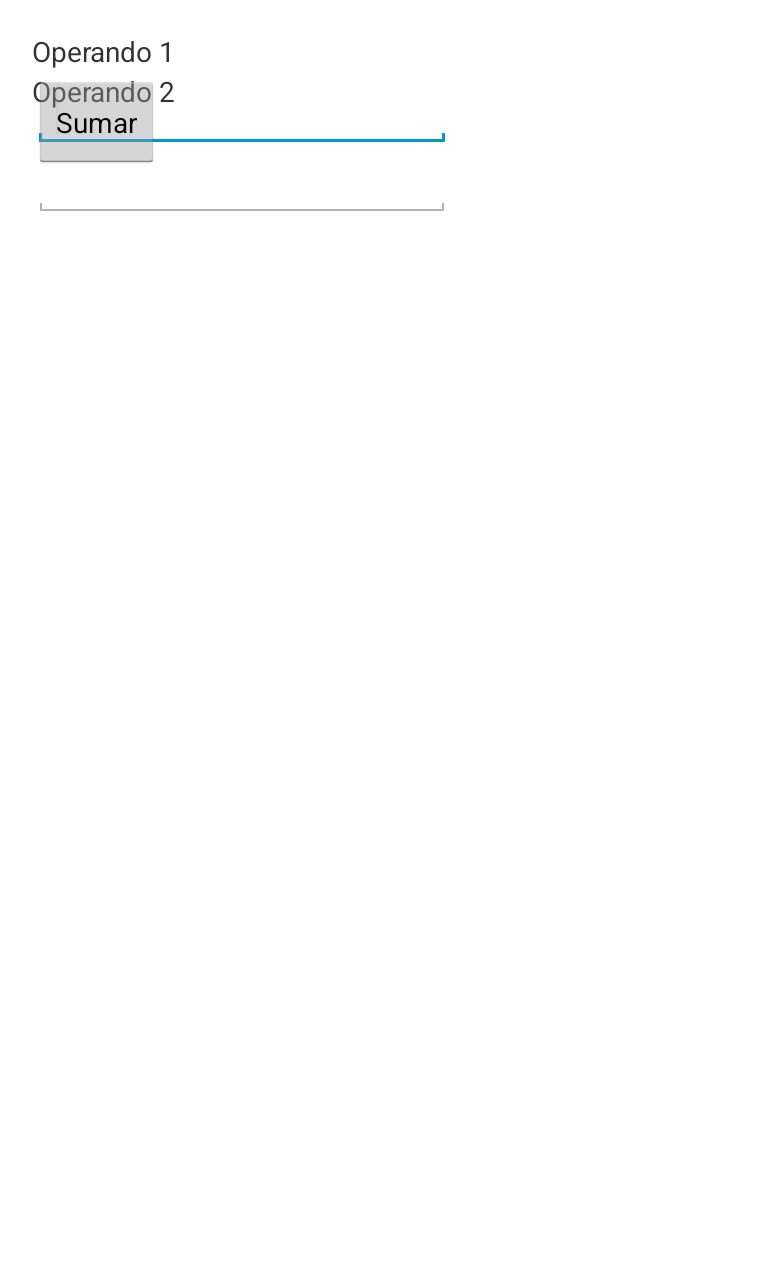
Repository: paullfull21/pmdm
Layout: ResultadoSuma/res/layout/activity_main.xml
The author's editor kept a copy of each file at every save. The layout is drawn from the files as they stood at one save, then again after the next save.
It is drawn on a 768 x 1280 px phone screen (xhdpi) without system bars, with theme AppTheme; the app's code is not run.

Above is the layout before, as saved 2013-10-08 15:54:07.

### ResultadoSuma/res/layout/activity_main.xml
<RelativeLayout xmlns:android="http://schemas.android.com/apk/res/android"
    xmlns:tools="http://schemas.android.com/tools"
    android:layout_width="match_parent"
    android:layout_height="match_parent"
    android:paddingBottom="@dimen/activity_vertical_margin"
    android:paddingLeft="@dimen/activity_horizontal_margin"
    android:paddingRight="@dimen/activity_horizontal_margin"
    android:paddingTop="@dimen/activity_vertical_margin"
    tools:context=".MainActivity" >

    <TextView
        android:id="@+id/textView1"
        android:layout_width="wrap_content"
        android:layout_height="wrap_content"
        android:layout_alignParentLeft="true"
        android:layout_alignParentTop="true"
        android:text="@string/operando_uno" />

    <EditText
        android:id="@+id/operandoUno"
        android:layout_width="wrap_content"
        android:layout_height="wrap_content"
        android:layout_alignParentLeft="true"
        android:layout_below="@+id/textView1"
        android:ems="10"
        android:inputType="numberDecimal" >

        <requestFocus />
    </EditText>

    <TextView
        android:id="@+id/textView2"
        android:layout_width="wrap_content"
        android:layout_height="wrap_content"
        android:layout_alignRight="@+id/textView1"
        android:layout_below="@+id/editText1"
        android:layout_marginTop="20dp"
        android:text="@string/operando_dos" />

    <EditText
        android:id="@+id/operandoDos"
        android:layout_width="wrap_content"
        android:layout_height="wrap_content"
        android:layout_alignLeft="@+id/textView2"
        android:layout_below="@+id/textView2"
        android:layout_marginTop="15dp"
        android:ems="10"
        android:inputType="numberDecimal" />

    <Button
        android:id="@+id/buttonSuma"
        style="?android:attr/buttonStyleSmall"
        android:layout_width="wrap_content"
        android:layout_height="wrap_content"
        android:layout_alignLeft="@+id/editText2"
        android:layout_below="@+id/editText2"
        android:layout_marginTop="21dp"
        android:text="@string/boton_suma" />

</RelativeLayout>

### ResultadoSuma/res/values/strings.xml
<?xml version="1.0" encoding="utf-8"?>
<resources>

    <string name="app_name">ResultadoSuma</string>
    <string name="action_settings">Settings</string>
    <string name="hello_world">Hello world!</string>
    <string name="operando_uno">Operando 1</string>
    <string name="operando_dos">Operando 2</string>
    <string name="boton_suma">Sumar</string>

</resources>

Loaded but not shown: ResultadoSuma/res/values/styles.xml (common file); ResultadoSuma/res/values-v11/styles.xml (common file); ResultadoSuma/res/values-v14/styles.xml (common file); ResultadoSuma/res/values/dimens.xml (common file)

After the next save:
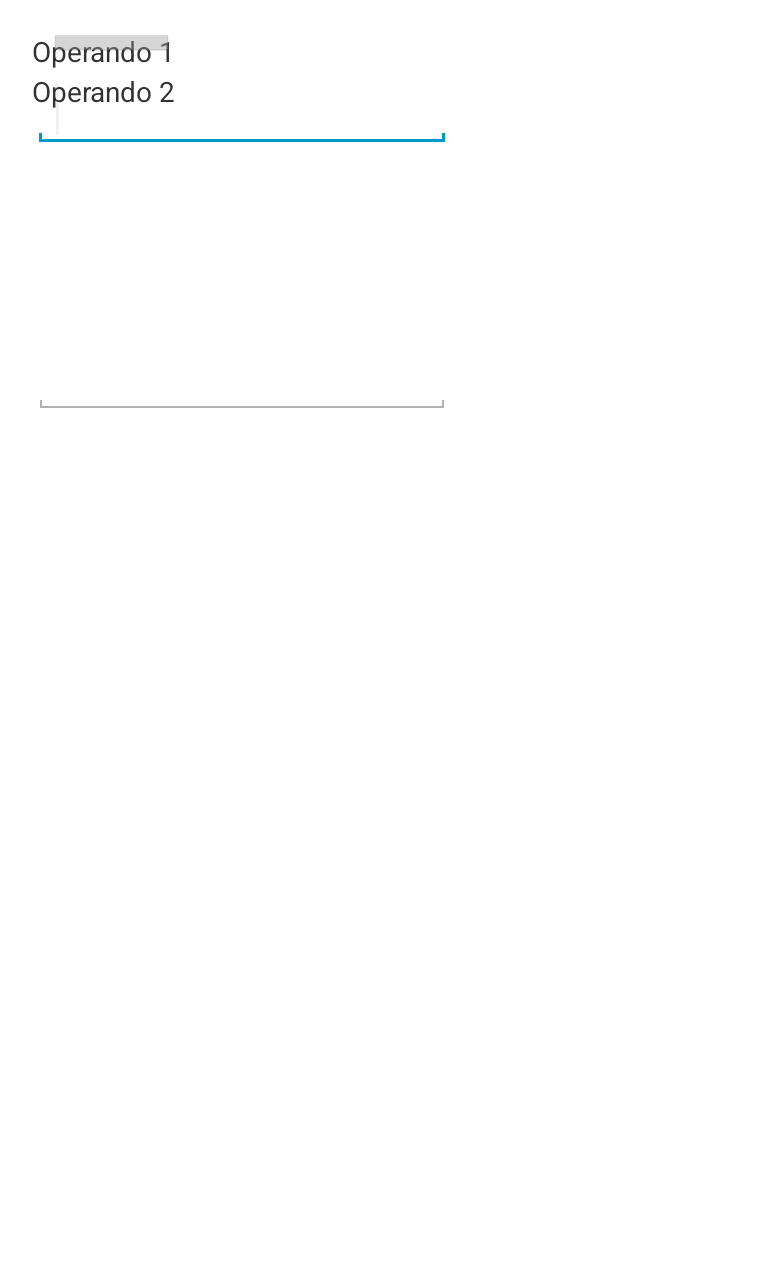
Saved 5 h 0 min later.
--- a/ResultadoSuma/res/layout/activity_main.xml
+++ b/ResultadoSuma/res/layout/activity_main.xml
@@ -37,24 +37,24 @@
         android:layout_marginTop="20dp"
         android:text="@string/operando_dos" />
 
-    <EditText
-        android:id="@+id/operandoDos"
-        android:layout_width="wrap_content"
-        android:layout_height="wrap_content"
-        android:layout_alignLeft="@+id/textView2"
-        android:layout_below="@+id/textView2"
-        android:layout_marginTop="15dp"
-        android:ems="10"
-        android:inputType="numberDecimal" />
-
     <Button
         android:id="@+id/buttonSuma"
         style="?android:attr/buttonStyleSmall"
         android:layout_width="wrap_content"
         android:layout_height="wrap_content"
-        android:layout_alignLeft="@+id/editText2"
-        android:layout_below="@+id/editText2"
-        android:layout_marginTop="21dp"
+        android:layout_above="@+id/operandoDos"
+        android:layout_alignRight="@+id/textView2"
+        android:layout_marginBottom="48dp"
         android:text="@string/boton_suma" />
 
+    <EditText
+        android:id="@+id/operandoDos"
+        android:layout_width="wrap_content"
+        android:layout_height="wrap_content"
+        android:layout_alignLeft="@+id/operandoUno"
+        android:layout_below="@+id/operandoUno"
+        android:layout_marginTop="94dp"
+        android:ems="10"
+        android:inputType="numberDecimal" />
+
 </RelativeLayout>
